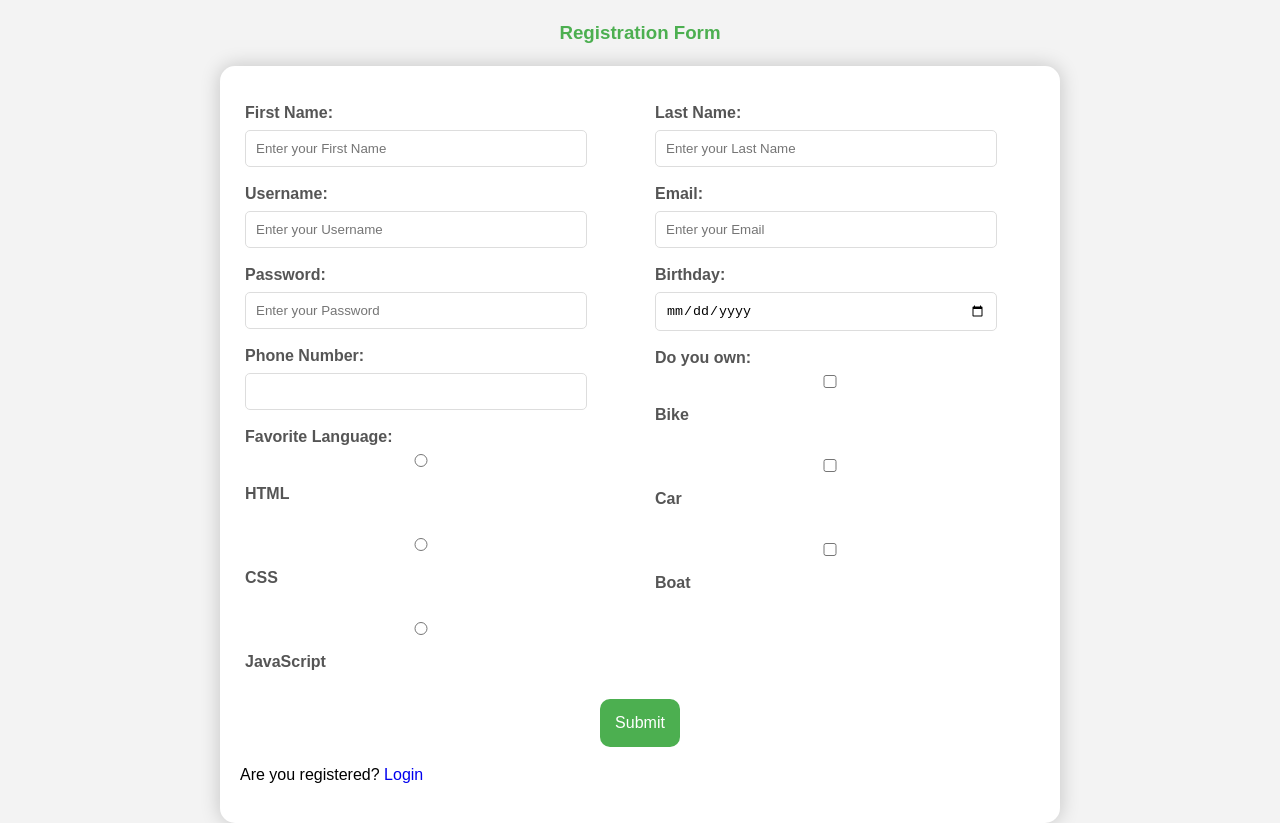
Repository: alizey12/Regestratin-Form-js
Page: regester.html
These files come from the project's save history. The page is drawn as it stood at one moment and after the next save; the edit follows.
The browser window is 1280 px wide. The pictures show the whole page.

Above is the page before, as saved 2024-11-29 18:43:57.

### regester.html
<!DOCTYPE html>
<html lang="en">
<head>
    <meta charset="UTF-8">
    <meta name="viewport" content="width=device-width, initial-scale=1.0">
    <link rel="stylesheet" href="regester.css">
    <title>Registration Form</title>
</head>
<body>
    <h3>Registration Form</h3>
    <div class="main">
        <form action="">
            <div class="grid-container">
                <div>
                    <label for="first">First Name:</label>
                    <input type="text" id="first" name="first" placeholder="Enter your First Name" required>

                    <label for="username">Username:</label>
                    <input type="text" id="username" name="username" placeholder="Enter your Username" required>

                    <label for="password">Password:</label>
                    <input type="password" id="password" name="password" placeholder="Enter your Password" required>

                    <label for="quantity">Phone Number:</label>
                    <input type="number" id="quantity" name="quantity" min="1" max="15">

                    <label for="fav_language">Favorite Language:</label>
                    <input type="radio" id="html" name="fav_language" value="HTML">
                    <label for="html">HTML</label><br>
                    <input type="radio" id="css" name="fav_language" value="CSS">
                    <label for="css">CSS</label><br>
                    <input type="radio" id="javascript" name="fav_language" value="JavaScript">
                    <label for="javascript">JavaScript</label>
                </div>
                <div>
                    <label for="second">Last Name:</label>
                    <input type="text" id="second" name="second" placeholder="Enter your Last Name" required>

                    <label for="email">Email:</label>
                    <input type="email" id="email" name="email" placeholder="Enter your Email" required>

                    <label for="birthday">Birthday:</label>
                    <input type="date" id="birthday" name="birthday">

                    <label>Do you own:</label>
                    <input type="checkbox" id="vehicle1" name="vehicle1" value="Bike">
                    <label for="vehicle1">Bike</label><br>
                    <input type="checkbox" id="vehicle2" name="vehicle2" value="Car">
                    <label for="vehicle2">Car</label><br>
                    <input type="checkbox" id="vehicle3" name="vehicle3" value="Boat">
                    <label for="vehicle3">Boat</label>
                </div>
            </div>
            <div class="wrap">
                <button type="submit">Submit</button>
            </div>
        </form>
        <p>Are you registered?
            <a href="signin.html" style="text-decoration: none;">Login</a>
        </p>
    </div>
</body>
</html>

### regester.css
body {
    display: flex;
    align-items: center;
    justify-content: center;
    font-family: sans-serif;
    line-height: 1.5;
    min-height: 100vh;
    background: #f3f3f3;
    flex-direction: column;
    margin: 0;
}

.main {
    background-color: #fff;
    border-radius: 15px;
    box-shadow: 0 0 20px rgba(0, 0, 0, 0.2);
    padding: 20px;
    transition: transform 0.2s;
    width: 800px;
}

h3 {
    color: #4CAF50;
    text-align: center;
}

label {
    display: block;
    margin-top: 10px;
    margin-bottom: 5px;
    text-align: left;
    color: #555;
    font-weight: bold;
}

input {
    display: block;
    width: 90%;
    margin-bottom: 15px;
    padding: 10px;
    box-sizing: border-box;
    border: 1px solid #ddd;
    border-radius: 5px;
}

button {
    padding: 15px;
    border-radius: 10px;
    margin-top: 15px;
    border: none;
    color: white;
    cursor: pointer;
    background-color: #4CAF50;
    font-size: 16px;
}

.wrap {
    display: flex;
    justify-content: center;
    align-items: center;
}

.grid-container {
    display: grid;

    grid-template-columns: 1fr 1fr;
    gap: 20px;
}

.grid-container div {
    padding: 5px;
}

After the next save:
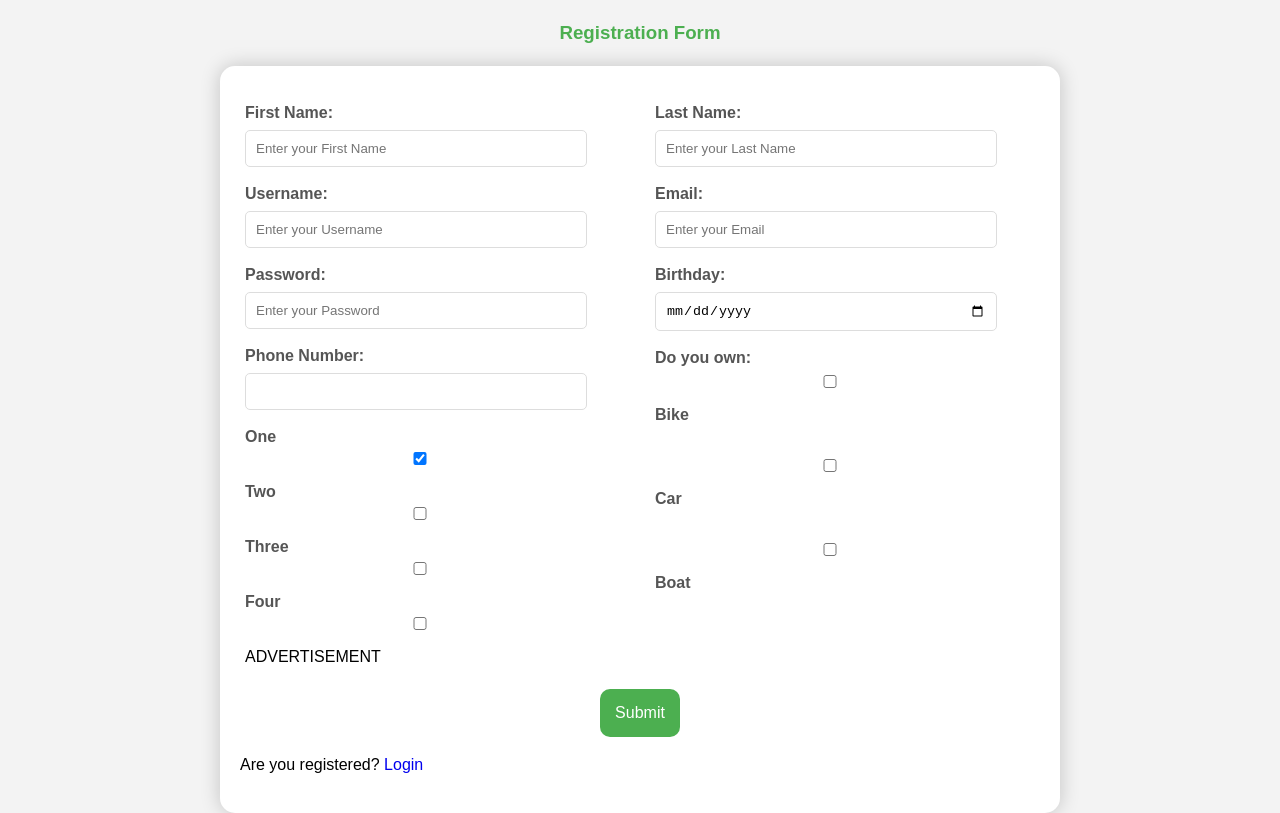
Saved 76 s later.
--- a/regester.html
+++ b/regester.html
@@ -24,13 +24,27 @@
                     <label for="quantity">Phone Number:</label>
                     <input type="number" id="quantity" name="quantity" min="1" max="15">
 
-                    <label for="fav_language">Favorite Language:</label>
-                    <input type="radio" id="html" name="fav_language" value="HTML">
-                    <label for="html">HTML</label><br>
-                    <input type="radio" id="css" name="fav_language" value="CSS">
-                    <label for="css">CSS</label><br>
-                    <input type="radio" id="javascript" name="fav_language" value="JavaScript">
-                    <label for="javascript">JavaScript</label>
+                    <label class="container">One
+                        <input type="checkbox" checked="checked">
+                        <span class="checkmark"></span>
+                      </label>
+
+                      <label class="container">Two
+                        <input type="checkbox">
+                        <span class="checkmark"></span>
+                      </label>
+
+                      <label class="container">Three
+                        <input type="checkbox">
+                        <span class="checkmark"></span>
+                      </label>
+
+                      <label class="container">Four
+                        <input type="checkbox">
+                        <span class="checkmark"></span>
+                      </label>
+                      ADVERTISEMENT
+
                 </div>
                 <div>
                     <label for="second">Last Name:</label>
